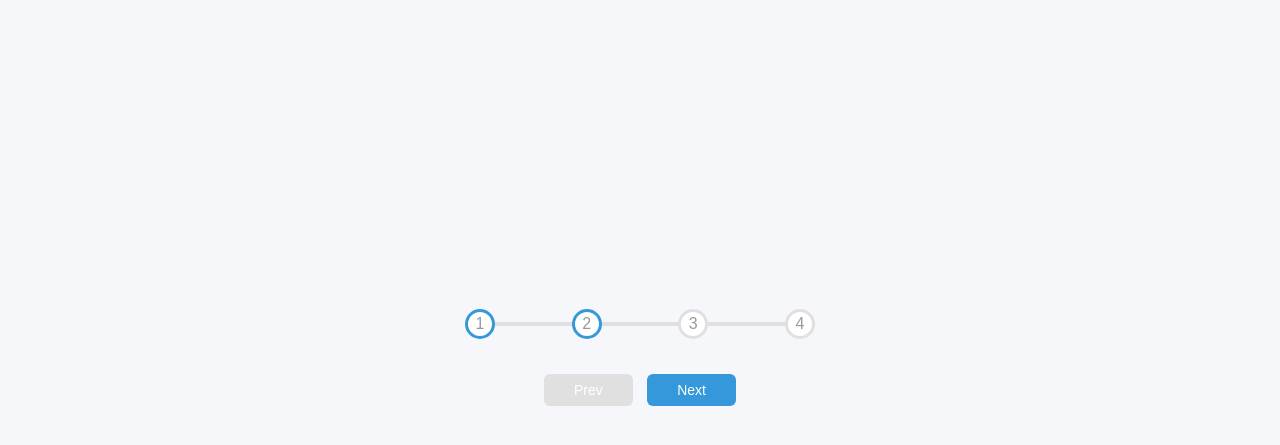
Repository: cyborgEneki/50Projects50Days
Page: progress_steps/index.html
The author's editor kept a copy of each file at every save. The page is drawn from the files as they stood at one save, then again after the next save.
The browser window is 1280 px wide. The pictures show the whole page.
After loading, the first visible `#next` was clicked once.
Some web fonts or font styles are not loaded; a fallback is used.

Above is the page before, as saved 2021-01-02 15:38:44.

### progress_steps/index.html
<!DOCTYPE html>
<html lang="en">
<head>
    <meta charset="UTF-8">
    <meta name="viewport" content="width=device-width, initial-scale=1.0">
    <!-- <link rel="stylesheet" href="https://cdnjs.cloudflare.com/ajax/libs/font-awesome/5.15.1/css/all.min.css"
        integrity="sha512-+4zCK9k+qNFUR5X+cKL9EIR+ZOhtIloNl9GIKS57V1MyNsYpYcUrUeQc9vNfzsWfV28IaLL3i96P9sdNyeRssA=="
        crossorigin="anonymous" /> -->
    <link rel="stylesheet" href="style.css">
    <title>Progress Steps</title>
</head>
<body>
    <div class="container">
        <div class="progress-container">
            <div class="progress" id="progress"></div>
            <div class="circle active">1</div>
            <div class="circle">2</div>
            <div class="circle">3</div>
            <div class="circle">4</div>
        </div>

        <button class="btn" id="prev" disabled>Prev</button>
        <button class="btn" id="next">Next</button>
    </div>
    <script src="script.js"></script>
</body>
</html>

### progress_steps/style.css
@import url('https://fonts.googleapis.com/css?family=Muli&display=swap');

:root {
    --line-border-fill: #3498db;
    --line-border-empty: #e0e0e0;
}

* {
    box-sizing: border-box;
}

body {
    font-family: 'Muli', sans-serif;
    margin: 0;
    display: flex;
    align-items: center;
    justify-content: center;
    height: 100vh;
    overflow: hidden;
    background-color: #f6f7fb;
}

.container {
    text-align: center;
}

.progress-container {
    display: flex;
    justify-content: space-between;
    position: relative;
    margin-bottom: 30px;
    max-width: 100%;
    width: 350px;
}

.progress-container::before {
    content: '';
    background-color: var(--line-border-empty);
    position: absolute;
    top: 50%;
    left: 0;
    transform: translateY(-50%);
    height: 4px;
    width: 100%;
    z-index: -1;
}

.progress {
    background-color:var(--line-border-fill);
    position: absolute;
    top: 50%;
    left: 0;
    height: 4px;
    width: 0%;
    transform: translateY(-50%);
    z-index: -1;
    transition: .4s ease;
}

.circle {
    background-color: #fff;
    color: #999;
    border-radius: 50%;
    height: 30px;
    width: 30px;
    display: flex;
    align-items: center;
    justify-content: center;
    border: 3px solid var(--line-border-empty);
    transition: .4s ease;
}

.circle.active {
    border-color: var(--line-border-fill);
}

.btn {
    background-color: var(--line-border-fill);
    color: #fff;
    border: 0;
    border-radius: 6px;
    cursor: pointer;
    font-family: inherit;
    padding: 8px 30px;
    margin: 5px;
    font-size: 14px;
}

.btn.active {
    transform: scale(0.98);
}

.btn:focus {
    outline: 0;
}

.btn:disabled {
    background-color: var(--line-border-empty);
    cursor: not-allowed;
}

### progress_steps/script.js
const progress = document.getElementById('progress');
const prev = document.getElementById('prev');
const next = document.getElementById('next');
const circles = document.querySelectorAll('.circle');

let currentActive = 1;

next.addEventListener('click', () => {
    currentActive++;

    if(currentActive > circles.length) {
        currentActive = cicles.length;
    }

    update()
})

prev.addEventListener('click', () => {
    currentActive--;

    if(currentActive < 1) {
        currentActive = 1;
    }

    update()
})

function update() {
    circles.forEach((circle, index) => {
        if(index < currentActive) {
            circle.classList.add('active');
        } else {
            circle.classList.remove('active');
        }
    })

    const actives = document.querySelectorAll('.active');

    progress.style.width = (actives.length / circles.length) * 100
}

After the next save:
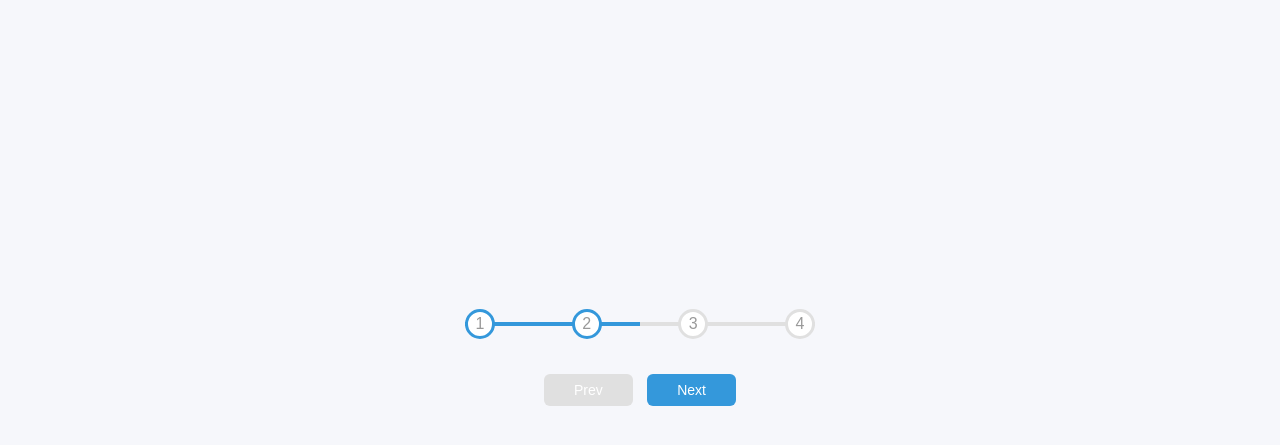
Saved 17 s later.
--- a/progress_steps/script.js
+++ b/progress_steps/script.js
@@ -36,5 +36,5 @@ function update() {
 
     const actives = document.querySelectorAll('.active');
 
-    progress.style.width = (actives.length / circles.length) * 100
+    progress.style.width = (actives.length / circles.length) * 100 + '%'
 }
